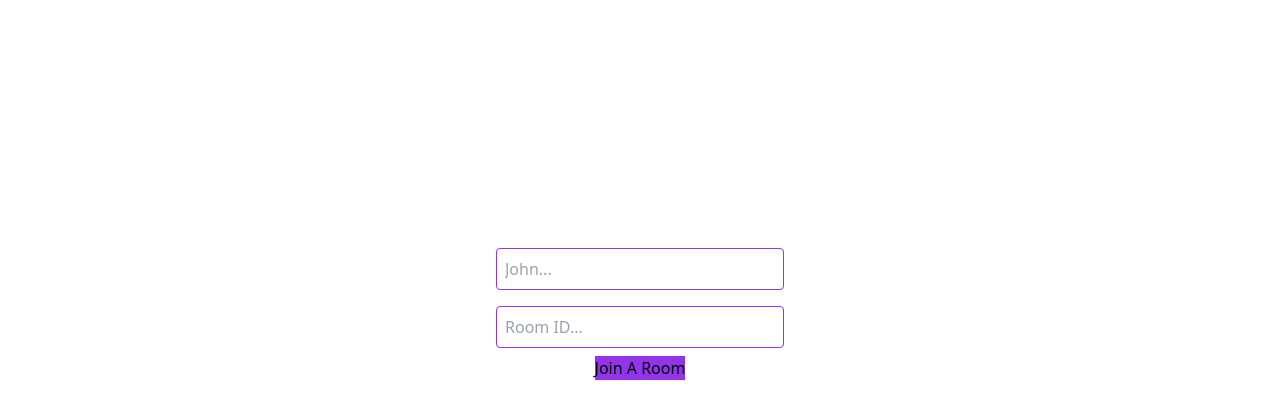
Repository: GabrielMorring/tictactoe
Page: /
An editor plug-in stored every save of this project. The page is shown before and after the next save, followed by the edit.
The browser window is 1280 px wide. The pictures show the whole page.
The page's requests for data from a server got no answer. The project was rebuilt for these pictures with package versions that can differ from the ones it lists, and the page was loaded fresh each time. No one was signed in, and anything a server would have sent is missing. Also part of the build but not shown: src/components/Square.jsx, src/components/Board.jsx.

Above is the page before, as saved 2022-06-20 10:28:38.

### src/App.js
import Board from "./components/Board";
import { useState } from "react";
import io from "socket.io-client";

const socket = io.connect("http://localhost:3001");

function App() {
  const [showBoard, setShowBoard] = useState(false);
  const [userName, setUserName] = useState("");
  const [room, setRoom] = useState("");

  const joinRoom = () => {
    if (userName !== "" && room !== "") {
      socket.emit("join_room", room);
      setShowBoard(true);
    } else {
      alert("Please enter a username and room");
    }
  };

  return (
    <div className="">
      {showBoard ? (
        <Board socket={socket} userName={userName} room={room} />
      ) : (
        <div className="flex flex-col w-72 mx-auto my-60 items-center">
          <input
            className="w-full p-2 m-2 border border-purple-600 rounded focus:outline-none"
            type="text"
            placeholder="John..."
            onChange={(e) => setUserName(e.target.value)}
          />
          <input
            className="w-full p-2 m-2 border border-purple-600 rounded focus:outline-none"
            type="text"
            placeholder="Room ID..."
            onChange={(e) => setRoom(e.target.value)}
          />
          <button className="bg-purple-600 " onClick={joinRoom}>
            Join A Room
          </button>
        </div>
      )}
    </div>
  );
}

export default App;

Loaded but not shown: public/index.html (common file); src/index.js (common file); src/index.css (common file); src/reportWebVitals.js (common file); tailwind.config.js (common file)

After the next save:
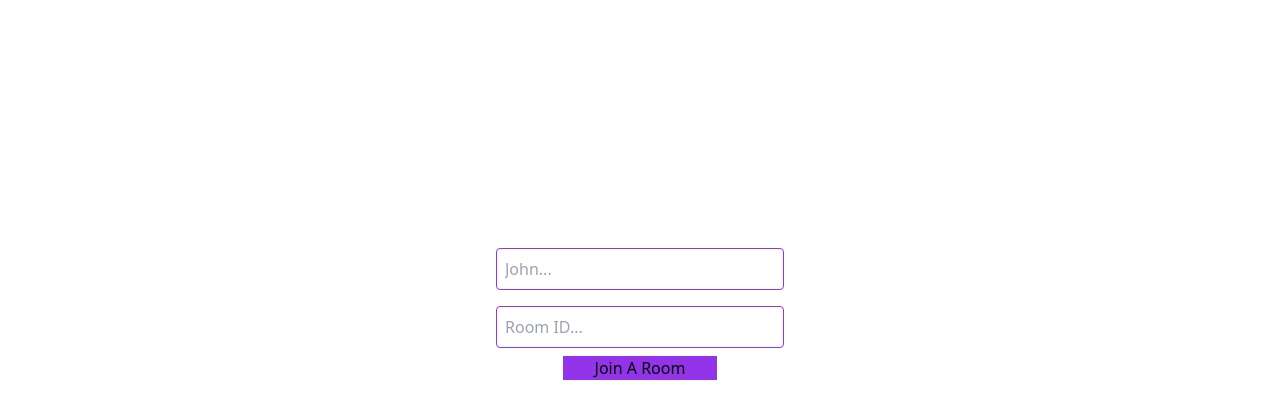
Saved 13 s later.
--- a/src/App.js
+++ b/src/App.js
@@ -36,7 +36,7 @@ function App() {
             placeholder="Room ID..."
             onChange={(e) => setRoom(e.target.value)}
           />
-          <button className="bg-purple-600 " onClick={joinRoom}>
+          <button className="bg-purple-600 px-8" onClick={joinRoom}>
             Join A Room
           </button>
         </div>
